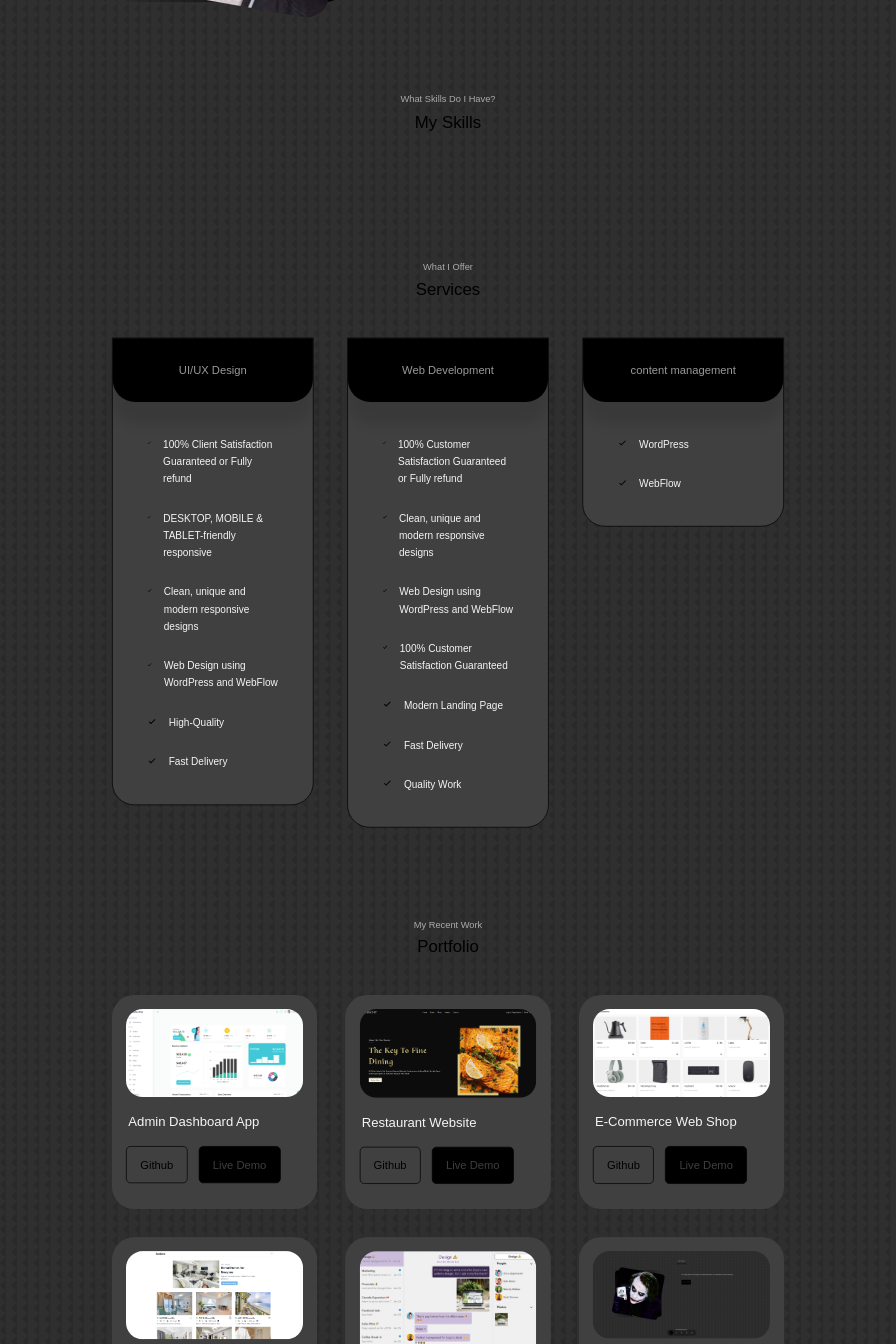
Repository: Z-Bahaa/project_joker_react_portfolio
Page: /
The author's editor kept a copy of each file at every save. The page is drawn from the files as they stood at one save, then again after a run of saves.
The browser window is 1280 px wide. The pictures show the part of the page from y = 1436 to 3356 px (the page is 4843 px tall before and 4870 px after), at 70% of full size.
Some web fonts or font styles are not loaded; a fallback is used. The project was rebuilt for these pictures with package versions that can differ from the ones it lists, and the page was loaded fresh each time. Imported but missing from the stored project, and not drawn on this page: src/assets/resume.pdf.

Above is the page before, as saved 2023-08-20 23:46:29.

After the next 2 saves:
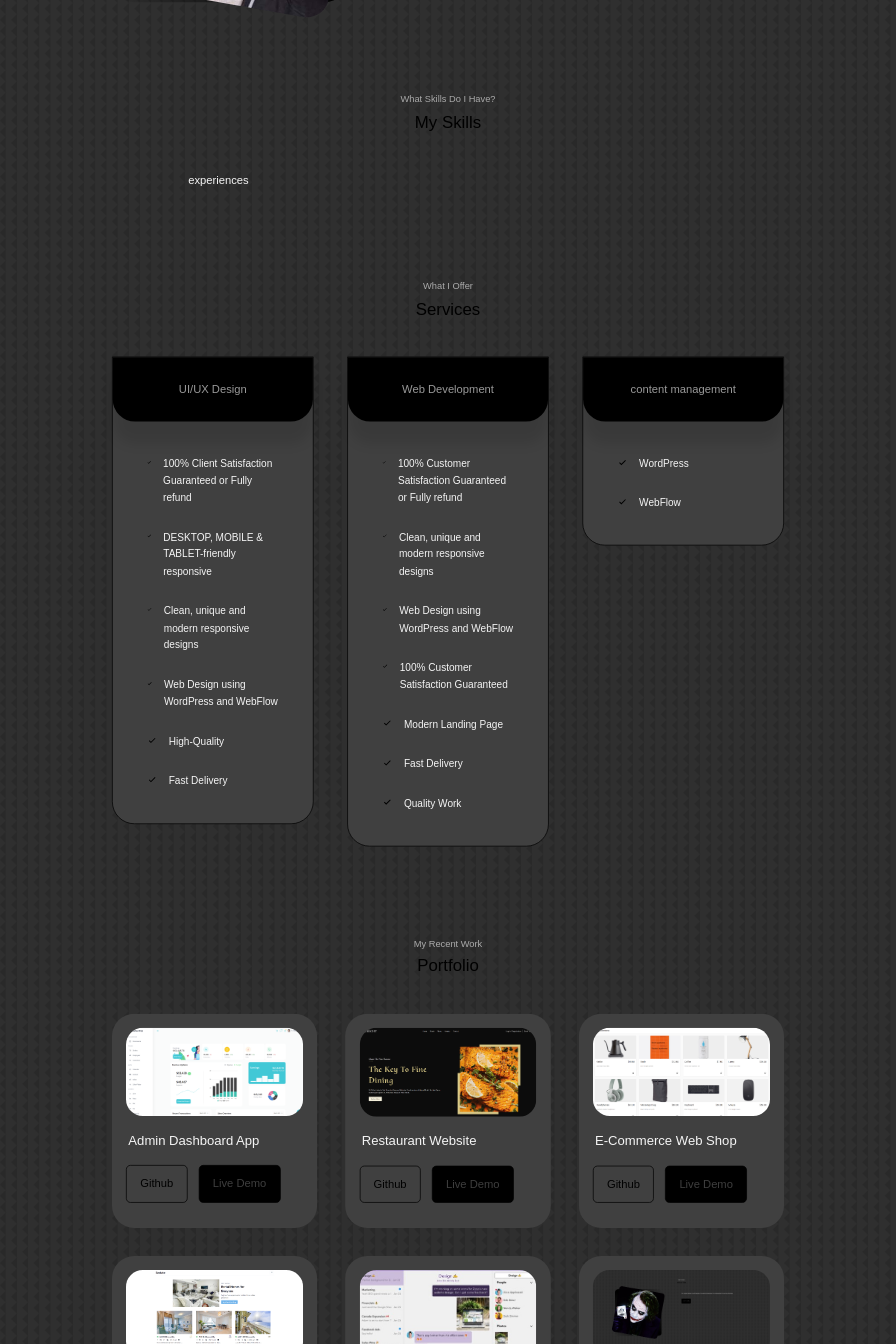
The 2 saves are shown as one change because they came seconds apart.
The last was saved 7 s later.
--- a/src/components/experience/Experience.jsx
+++ b/src/components/experience/Experience.jsx
@@ -8,7 +8,7 @@
     <h5>What Skills Do I Have?</h5>
     <h2>My Skills</h2>
     <div className="experience__container">
-
+      experiences
     </div>
     </div>
   )

After the 2 saves that followed:
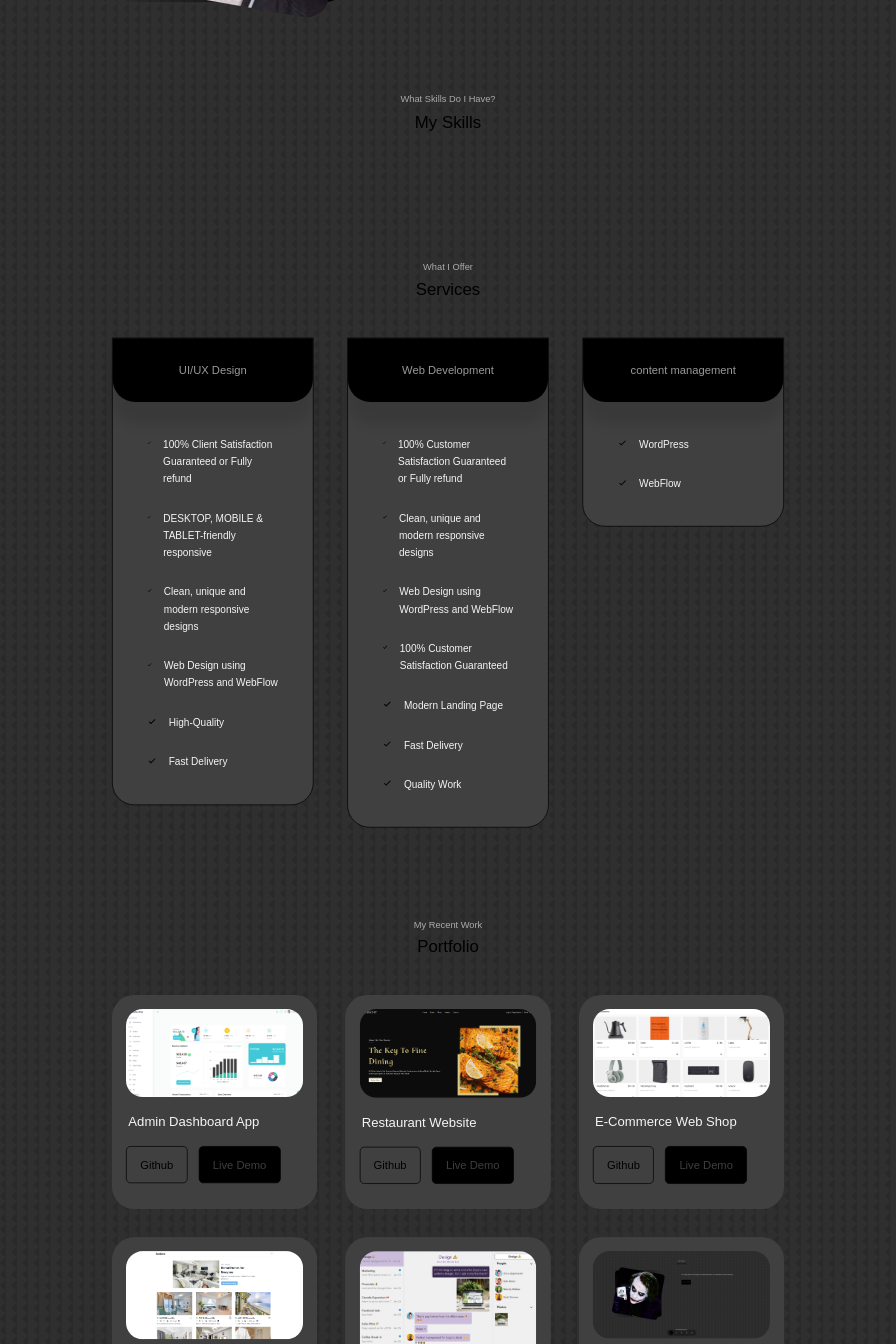
The 2 saves are shown as one change because they came seconds apart.
The last was saved 7 s later.
--- a/src/components/experience/Experience.jsx
+++ b/src/components/experience/Experience.jsx
@@ -8,7 +8,9 @@
     <h5>What Skills Do I Have?</h5>
     <h2>My Skills</h2>
     <div className="experience__container">
-      experiences
+      {
+
+      }
     </div>
     </div>
   )
